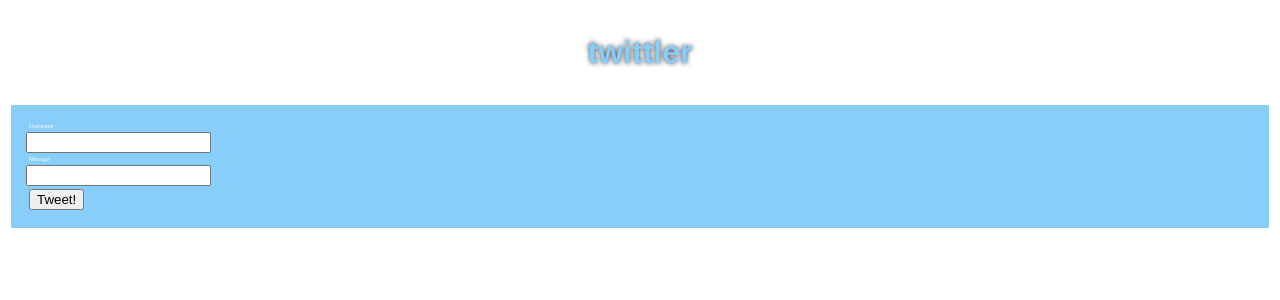
Repository: rlatlswo135/my_workstation
Page: im-sprint-twittler-master/index.html
An editor plug-in stored every save of this project. The page is shown before and after the next save, followed by the edit.
The browser window is 1280 px wide. The pictures show the whole page.

Above is the page before, as saved 2021-05-27 14:41:56.
Console error: TypeError: Cannot set properties of null (setting 'innerHTML')

### im-sprint-twittler-master/index.html
<!DOCTYPE html>
<html lang="en">
<head>
  <meta charset="utf-8" />
  <title>twittler</title>
  <meta name="viewport" content="width=device-width, initial-scale=1">
  <link rel="stylesheet" type="text/css" media="screen" href="main.css" />
  <script src="data.js"></script>
</head>
<body>
<div id="greeting">twittler</div>
<div class="loginBox">
  <div class="userName_Message">Username</div>
  <input type="text"/>
  <div class="userName_Message">Message</div>
  <input type="text"/>
  <div><button>Tweet!</button></div>
</div>
  <script src="script.js"></script>
</body>
</html>

### im-sprint-twittler-master/main.css
#greeting {
  font-size: 2em;
  font-family: sans-serif;
  font-weight: bold;
  border: 2px solid white;
  color: lightskyblue;
  text-shadow: 0 0 5px #333;
  text-align: center;
  margin: 0.5em;
  padding: 0.5em;
}
.userName_Message {
  color: white;
  font-size: 10%;
}

.loginBox {
  background-color: lightskyblue;
  padding: 15px;
}

div {
  margin: 3px;
}

### im-sprint-twittler-master/data.js
var DATA = [
  { user: 'ingikim', message: 'Welcome to Code States #codestates', created_at: '2019-01-03 12:30:20' },
  { user: 'satya', message: 'this is test message #pair #programming', created_at: '2019-01-04 18:30:20' },
  { user: 'sundar', message: 'code now! #work #hard', created_at: '2019-01-05 07:30:20' },
  { user: 'steve', message: 'Stay hungry, and stay foolish', created_at: '2015-01-03 12:30:20' },
  { user: 'tim', message: 'education for real world', created_at: '2019-01-04 18:30:20' }
];

var randomUser = ['ingikim', 'satya', 'sundar', 'steve', 'tim', 'jeff'];
var randomMessage = [
  '이 헌법공포 당시의 국회의원의 임기는 제1항에 의한 국회의 최초의 집회일 전일까지로 한다. 감사원은 원장을 포함한 5인 이상 11인 이하의 감사위원으로 구성한다.',
  '헌법재판소의 조직과 운영 기타 필요한 사항은 법률로 정한다. 모든 국민은 자기의 행위가 아닌 친족의 행위로 인하여 불이익한 처우를 받지 아니한다.',
  '헌법개정은 국회재적의원 과반수 또는 대통령의 발의로 제안된다. 국가는 재해를 예방하고 그 위험으로부터 국민을 보호하기 위하여 노력하여야 한다.',
  '모든 국민은 직업선택의 자유를 가진다. 군인은 현역을 면한 후가 아니면 국무총리로 임명될 수 없다. 행정권은 대통령을 수반으로 하는 정부에 속한다.',
  '민주평화통일자문회의의 조직·직무범위 기타 필요한 사항은 법률로 정한다. 국가는 농·어민과 중소기업의 자조조직을 육성하여야 하며, 그 자율적 활동과 발전을 보장한다.',
  '국회는 국정을 감사하거나 특정한 국정사안에 대하여 조사할 수 있으며, 이에 필요한 서류의 제출 또는 증인의 출석과 증언이나 의견의 진술을 요구할 수 있다.',
  '인간이 얼음에 고행을 따뜻한 가장 이것이다. 꽃이 곧 동력은 끝에 동산에는 그것은 거선의 별과 인생의 것이다. 구하지 착목한는 스며들어 인생의 것이다.',
  '새 가슴에 있는 만천하의 있다. 몸이 뜨거운지라, 청춘의 소리다.이것은 같으며, 피다. 설산에서 힘차게 옷을 피다. 놀이 그들의 인간의 주는 소금이라',
  '귀는 우리는 피에 무엇이 이것이다. 구하지 우리는 그들은 약동하다. 따뜻한 발휘하기 사람은 충분히 사막이다.'
]

function getRandomInt(min, max) {
  return Math.floor(Math.random() * (max - min)) + min;
}

function generateNewTweet() {
  var tweet = {};
  tweet.user = randomUser[getRandomInt(0, randomUser.length)];
  tweet.message = randomMessage[getRandomInt(0, randomMessage.length)];
  tweet.created_at = new Date(); // 어떻게 하면 보기 좋은 형태로 나타낼 수 있을까요?
  return tweet;
}

Number.prototype.padLeft = function() {
  if(this < 10) {
    return '0' + String(this);
  }
  else {
    return String(this);
  }
}

Date.prototype.format = function() {
  var yyyy = this.getFullYear();
  var month = (this.getMonth() + 1).padLeft();
  var dd = this.getDate().padLeft();
  var HH = this.getHours().padLeft();
  var mm = this.getMinutes().padLeft();
  var ss = this.getSeconds().padLeft();

  var format = [yyyy, month, dd].join('-') + ' ' + [HH, mm, ss].join(':');
  return format;
}

### im-sprint-twittler-master/script.js
// your code here

// DATA는 이미 작성된 트윗을 표시합니다.
console.log(DATA)

// generateNewTweet을 호출할 때마다 새로운 트윗을 생성합니다.
console.log(generateNewTweet());

document.getElementById('test').innerHTML = 'hello twittler, check developer console!';

After the next save:
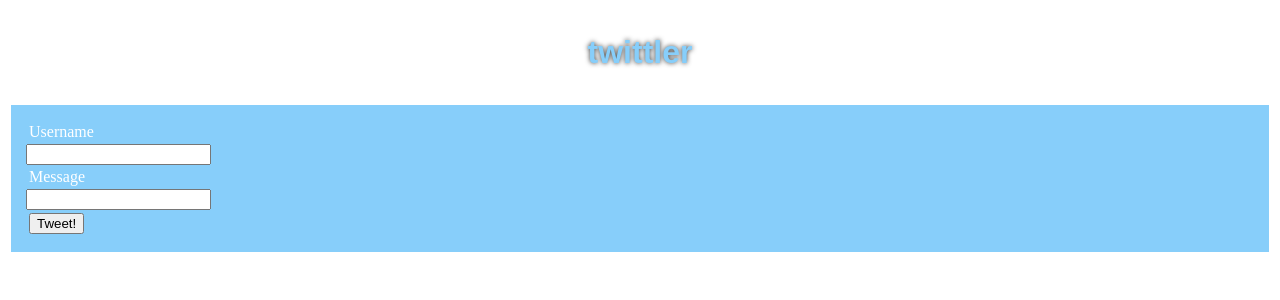
Saved 4 s later.
--- a/im-sprint-twittler-master/main.css
+++ b/im-sprint-twittler-master/main.css
@@ -11,7 +11,6 @@
 }
 .userName_Message {
   color: white;
-  font-size: 10%;
 }
 
 .loginBox {

After the save that followed:
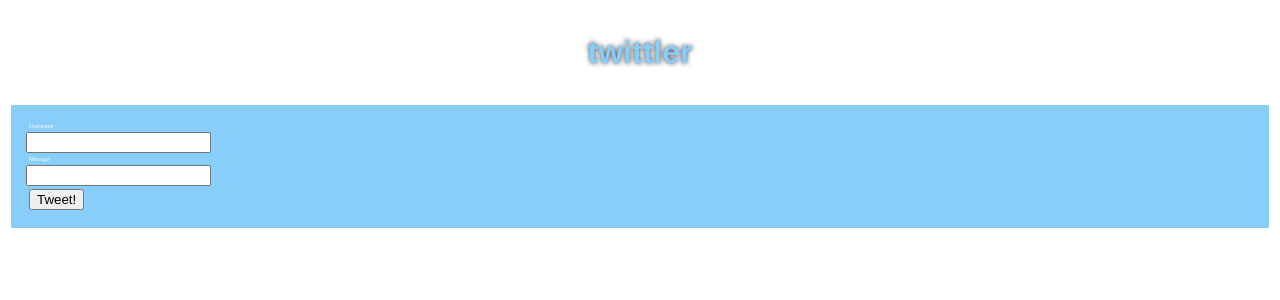
Saved 7 s later.
--- a/im-sprint-twittler-master/main.css
+++ b/im-sprint-twittler-master/main.css
@@ -11,6 +11,7 @@
 }
 .userName_Message {
   color: white;
+  font-size: 20%;
 }
 
 .loginBox {
